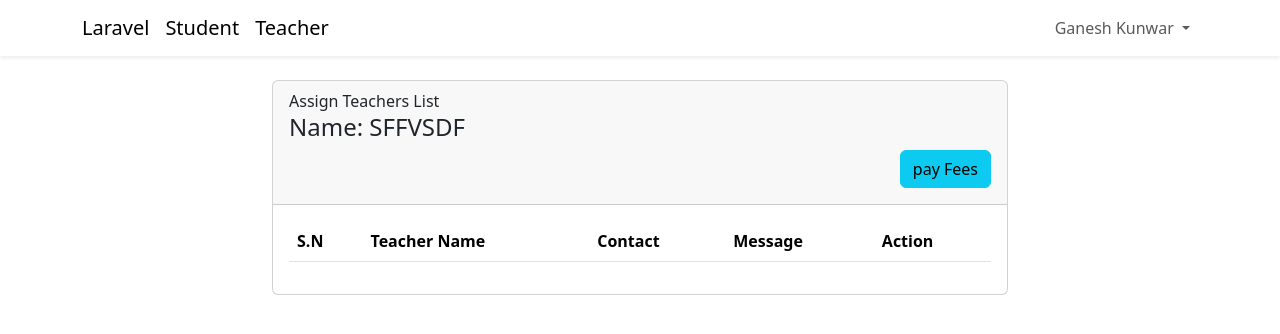
Repository: kunwarganesh07/Example
Page: http://localhost/assign/teachers/4
These files come from the project's save history. The page is drawn as it stood at one moment and after a run of saves; the edit follows.
The browser window is 1280 px wide. The pictures show the whole page.
The page is served by the project's Laravel application, run on PHP 8.4 with Laravel 12. The first stored user is signed in. Other server files are loaded and not shown. The database holds what the project's SQL file puts in it.

Above is the page before, as saved 2025-11-19 14:47:52.

### routes/web.php
<?php


use App\Http\Controllers\HomeController;
use App\Http\Controllers\StudentController;
use App\Http\Controllers\TeacherController;
use Illuminate\Support\Facades\Auth;
use Illuminate\Support\Facades\Route;

Route::get('/', function () {
    return view('welcome');
});

Auth::routes();
Route::group(['middleware' => 'auth'], function () {
    Route::get('/home', [HomeController::class, 'index'])->name('home');
    Route::get('/student', [StudentController::class, 'index'])->name('student.index');
    Route::get('/student/create', [StudentController::class, 'create'])->name('student.create');
    Route::post('store', [StudentController::class, 'store'])->name('store');
    Route::put('update/{id}', [StudentController::class, 'update'])->name('students.update');
    Route::delete('delete/{id}', [StudentController::class, 'destroy'])->name('students.delete');

    Route::get('student/edit/{id}', [StudentController::class, 'edit'])->name('students.edit');
    Route::get('student/profile/{id}', [StudentController::class, 'profile'])->name('students.profile');
    Route::put('students/profileupdate', [StudentController::class, 'profileupdate'])->name('students.profileupdate');
    Route::get('student/fees/{id}', [StudentController::class, 'fees'])->name('students.fees');
    Route::get('pay/fees/{id}', [StudentController::class, 'pay'])->name('pay.fees');
    Route::post('fees/store', [StudentController::class, 'feesstore'])->name('fees.store');
    Route::get('assign/teachers/{id}', [StudentController::class, 'assignteacher'])->name('assign.teachers');






    Route::get('/teachers', [TeacherController::class, 'index'])->name('teachers.index');
    Route::get('/teachers/create', [TeacherController::class, 'create'])->name('teachers.create');
    Route::post('/teachers/store', [TeacherController::class, 'store'])->name('teachers.store');
});

### app/Http/Controllers/StudentController.php
<?php

namespace App\Http\Controllers;

use App\Models\Student;
use App\Models\StudentFees;
use App\Models\StudentProfile;
use Illuminate\Http\Request;

class StudentController extends Controller
{
    /**
     * Display a listing of the resource.
     */
    public function index()
    {
        // $student = Student::all();
        $student = Student::with('profile')->get();
        return view('student.index', compact('student'));
    }

    /**
     * Show the form for creating a new resource.
     */
    public function create()
    {
        return view('student.create');
    }

    /**
     * Store a newly created resource in storage.
     */
    public function store(Request $request)
    {
        // dd($request->all());

        $image = '';
        if ($request->hasFile('image')) {
            $image = time() . '.' . $request->image->extension();
            $request->image->move(public_path('upload/images'), $image);
        }

        $student = new Student();
        $student->name = $request->name;
        $student->contact = $request->contact;
        $student->address = $request->address;
        $student->image = $image;
        $student->save();
        return redirect()->route('student.index');
    }

    /**
     * Display the specified resource.
     */
    public function show(string $id)
    {
        //
    }

    /**
     * Show the form for editing the specified resource.
     */
    public function edit(string $id)
    {
        // dd($id);
        $student = Student::findOrfail($id);
        return view('student.edit', compact('student'));
    }

    /**
     * Update the specified resource in storage.
     */
    public function update(Request $request, string $id)
    {


        $data = Student::findOrfail($id);


        $image = $data->image;
        if ($request->hasFile('image')) {
            $image = time() . '.' . $request->image->extension();
            $request->image->move(public_path('upload/images'), $image);
        }


        $data->name = $request->name;
        $data->address = $request->address;
        $data->contact = $request->contact;
        $data->image = $image;
        $data->save();

        return redirect()->route('student.index');
    }

    /**
     * Remove the specified resource from storage.
     */
    public function destroy(string $id)
    {
        $data = Student::findOrfail($id);
        $data->delete();
        return redirect()->route('student.index');
        // dd('DELETE STUDENT');
    }

    public function profile($id)
    {
        $student = Student::findOrfail($id);
        return view('student.profile', compact('student'));
    }

    public function profileupdate(Request $request)
    {
        // dd($request->all());
        $data = new StudentProfile();
        $data->student_id = $request->student_id;
        $data->father_name = $request->father_name;
        $data->class = $request->class;
        $data->save();

        return redirect()->route('student.index');
    }

    public function fees($id)
    {
        // $fees = StudentFees::all();
        $student = Student::with('fees')->findOrFail($id);
        return view('student.fees', compact('student'));
    }
    public function pay($id)
    {
        $student = Student::findOrfail($id);
        return view('student.pay', compact('student'));
    }

    public function feesstore(Request $request)
    {
        // dd($request->all());
        $fees = new StudentFees();
        $fees->student_id = $request->student_id;
        $fees->amount = $request->amount;
        $fees->date = $request->date;
        $fees->message = $request->message;
        $fees->save();
        return redirect()->route('students.fees', $request->student_id);
    }

    public function assignteacher($id)
    {
        $data = Student::findOrfail($id);
        return view('student.assignteacher',compact('data'));
    }
}

### app/Models/Student.php
<?php

namespace App\Models;

use Illuminate\Database\Eloquent\Model;

class Student extends Model
{
    protected $fillable = ['name', 'address', 'contact'];

    public function profile()
    {
        return $this->hasOne(StudentProfile::class);
    }

    public function fees()
    {
        return $this->hasMany(StudentFees::class);
    }
}

### resources/views/student/assignteacher.blade.php
@extends('layouts.app')

@section('content')
    <div class="container">
        <div class="row justify-content-center">
            <div class="col-md-8">
                <div class="card">
                    <div class="card-header">{{ __('Assign Teachers List') }}
                        <h4>Name: {{ $data->name }}</h4>
                        <h4 class="text-end">
                            <a href="{{ route('pay.fees', $data->id) }}" class="btn btn-info">pay Fees</a>

                        </h4>
                    </div>

                    <div class="card-body">
                        <table class="table">
                            <thead>
                                <th>S.N</th>
                                <th>Teacher Name</th>
                                <th>Contact</th>
                                <th>Message</th>
                                <th>Action</th>
                            </thead>
                            <tbody>
                                {{-- @foreach ($student->fees as $data)
                                    <tr>
                                        <td>{{ $loop->iteration }}</td>
                                        <td>{{ $data->amount }}</td>
                                        <td>{{ $data['date'] }}</td>
                                        <td>{{ $data['message'] }}</td>

                                    </tr>
                                @endforeach --}}
                            </tbody>
                        </table>
                    </div>
                </div>
            </div>
        </div>
    </div>
@endsection

### resources/views/layouts/app.blade.php
<!doctype html>
<html lang="{{ str_replace('_', '-', app()->getLocale()) }}">

<head>
    <meta charset="utf-8">
    <meta name="viewport" content="width=device-width, initial-scale=1">

    <!-- CSRF Token -->
    <meta name="csrf-token" content="{{ csrf_token() }}">

    <title>{{ config('app.name', 'Laravel') }}</title>

    <!-- Fonts -->
    <link rel="dns-prefetch" href="//fonts.bunny.net">
    <link href="https://fonts.bunny.net/css?family=Nunito" rel="stylesheet">

    <link rel="stylesheet" href="https://cdn.jsdelivr.net/npm/bootstrap@5.3.8/dist/css/bootstrap.min.css">
    <script src="https://cdn.jsdelivr.net/npm/bootstrap@5.3.8/dist/js/bootstrap.bundle.min.js"></script>
    <!-- Scripts -->
    {{-- @vite(['resources/sass/app.scss', 'resources/js/app.js']) --}}
</head>

<body>
    <div id="app">
        <nav class="navbar navbar-expand-md navbar-light bg-white shadow-sm">
            <div class="container">
                @auth
                    <a class="navbar-brand" href="{{ url('/') }}">
                        {{ config('app.name', 'Laravel') }}
                    </a>
                    <a class="navbar-brand" href="{{ route('student.index') }}">
                        {{ 'Student' }}
                    </a>
                    <a class="navbar-brand" href="{{ route('teachers.index') }}">
                        {{ 'Teacher' }}
                    </a>
                @endauth
                <button class="navbar-toggler" type="button" data-bs-toggle="collapse"
                    data-bs-target="#navbarSupportedContent" aria-controls="navbarSupportedContent"
                    aria-expanded="false" aria-label="{{ __('Toggle navigation') }}">
                    <span class="navbar-toggler-icon"></span>
                </button>

                <div class="collapse navbar-collapse" id="navbarSupportedContent">
                    <!-- Left Side Of Navbar -->
                    <ul class="navbar-nav me-auto">

                    </ul>

                    <!-- Right Side Of Navbar -->
                    <ul class="navbar-nav ms-auto">
                        <!-- Authentication Links -->
                        @guest
                            @if (Route::has('login'))
                                <li class="nav-item">
                                    <a class="nav-link" href="{{ route('login') }}">{{ __('Login') }}</a>
                                </li>
                            @endif

                            @if (Route::has('register'))
                                <li class="nav-item">
                                    <a class="nav-link" href="{{ route('register') }}">{{ __('Register') }}</a>
                                </li>
                            @endif
                        @else
                            <li class="nav-item dropdown">
                                <a id="navbarDropdown" class="nav-link dropdown-toggle" href="#" role="button"
                                    data-bs-toggle="dropdown" aria-haspopup="true" aria-expanded="false" v-pre>
                                    {{ Auth::user()->name }}
                                </a>

                                <div class="dropdown-menu dropdown-menu-end" aria-labelledby="navbarDropdown">
                                    <a class="dropdown-item" href="{{ route('logout') }}"
                                        onclick="event.preventDefault();
                                                     document.getElementById('logout-form').submit();">
                                        {{ __('Logout') }}
                                    </a>

                                    <form id="logout-form" action="{{ route('logout') }}" method="POST" class="d-none">
                                        @csrf
                                    </form>
                                </div>
                            </li>
                        @endguest
                    </ul>
                </div>
            </div>
        </nav>

        <main class="py-4">
            @yield('content')
        </main>
    </div>
</body>

</html>

### example.sql (the tables this page reads)
CREATE TABLE `students` (
  `id` bigint(20) UNSIGNED NOT NULL,
  `name` varchar(255) NOT NULL,
  `contact` varchar(255) NOT NULL,
  `address` varchar(255) NOT NULL,
  `image` varchar(255) DEFAULT NULL,
  `created_at` timestamp NULL DEFAULT NULL,
  `updated_at` timestamp NULL DEFAULT NULL,
  `status` varchar(255) NOT NULL DEFAULT 'on'
) ENGINE=InnoDB DEFAULT CHARSET=utf8mb4 COLLATE=utf8mb4_unicode_ci;

INSERT INTO `students` (`id`, `name`, `contact`, `address`, `image`, `created_at`, `updated_at`, `status`) VALUES
(4, 'SFFVSDF', '4467446667', 'sdfsgrgfdg', '1763283119.png', '2025-11-16 03:06:59', '2025-11-16 03:13:44', 'on'),
(5, 'Keelie Swanson', 'Sit ab architecto ne', 'Anim sit aperiam ess', '1763369195.png', '2025-11-17 03:01:35', '2025-11-17 03:01:35', 'on'),
(6, 'Brenda Talley', 'Officiis fugit amet', 'Non quam cumque cons', '', '2025-11-19 03:49:50', '2025-11-19 03:49:50', 'on');

ALTER TABLE `students`
  ADD PRIMARY KEY (`id`);

ALTER TABLE `students`
  MODIFY `id` bigint(20) UNSIGNED NOT NULL AUTO_INCREMENT, AUTO_INCREMENT=7;

CREATE TABLE `users` (
  `id` bigint(20) UNSIGNED NOT NULL,
  `name` varchar(255) NOT NULL,
  `email` varchar(255) NOT NULL,
  `email_verified_at` timestamp NULL DEFAULT NULL,
  `password` varchar(255) NOT NULL,
  `remember_token` varchar(100) DEFAULT NULL,
  `created_at` timestamp NULL DEFAULT NULL,
  `updated_at` timestamp NULL DEFAULT NULL
) ENGINE=InnoDB DEFAULT CHARSET=utf8mb4 COLLATE=utf8mb4_unicode_ci;

INSERT INTO `users` (`id`, `name`, `email`, `email_verified_at`, `password`, `remember_token`, `created_at`, `updated_at`) VALUES
(1, 'Ganesh Kunwar', 'ganeshkunwarnp2003@gmail.com', NULL, '$2y$12$zuws5i1jBM93zn91sRiEWu6/VYwOU5F1pitrW4ArYiTwxixQ1EUNK', NULL, '2025-11-12 03:30:40', '2025-11-12 03:30:40'),
(2, 'Ganesh Kunwar', 'ganeshkunwar2003@gmail.com', NULL, '$2y$12$a4HvYa1hWIEjIiB7NMkWe.LDoonRKvDYdmrJAjtLM3ArhlO4SN0ai', NULL, '2025-11-12 03:34:18', '2025-11-12 03:34:18');

ALTER TABLE `users`
  ADD PRIMARY KEY (`id`),
  ADD UNIQUE KEY `users_email_unique` (`email`);

ALTER TABLE `users`
  MODIFY `id` bigint(20) UNSIGNED NOT NULL AUTO_INCREMENT, AUTO_INCREMENT=3;

Loaded but not shown: app/Http/Controllers/Auth/ConfirmPasswordController.php (common file); app/Http/Controllers/Controller.php (common file); app/Models/User.php (common file)

After the next 2 saves:
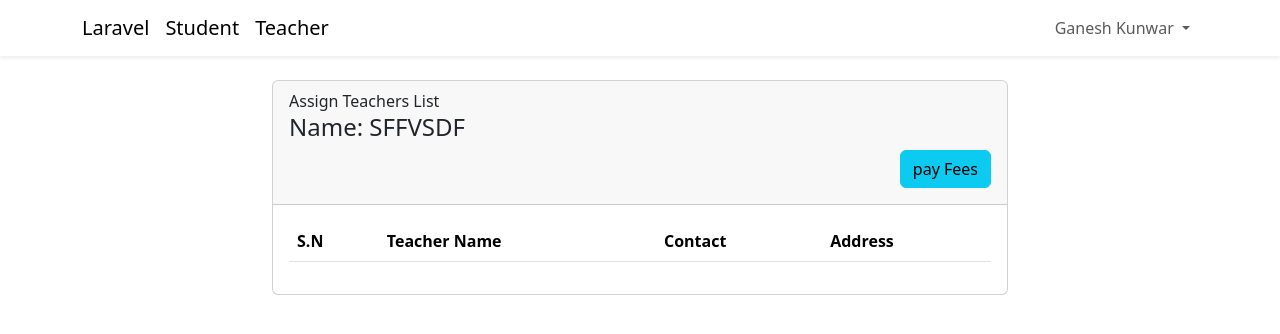
The 2 saves are shown as one change because they came seconds apart.
The last was saved 7 s later.
--- a/resources/views/student/assignteacher.blade.php
+++ b/resources/views/student/assignteacher.blade.php
@@ -19,8 +19,7 @@
                                 <th>S.N</th>
                                 <th>Teacher Name</th>
                                 <th>Contact</th>
-                                <th>Message</th>
-                                <th>Action</th>
+                                <th>Address</th>
                             </thead>
                             <tbody>
                                 {{-- @foreach ($student->fees as $data)
